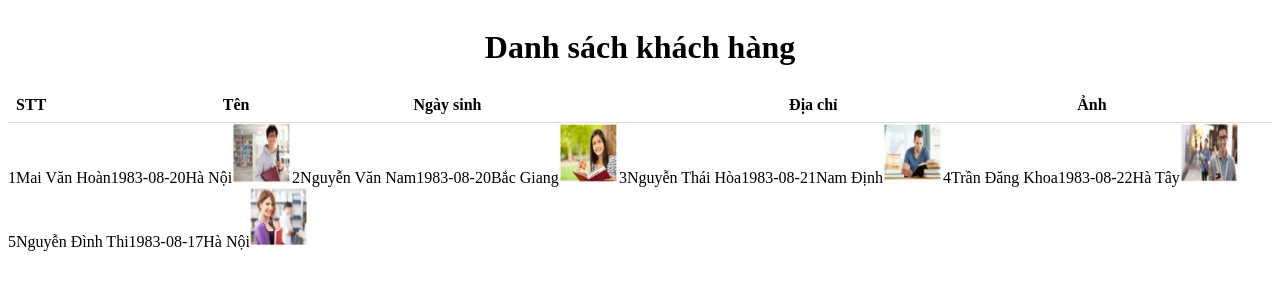
Repository: NGUYEN112/Module2
Page: http://localhost/
The author's editor kept a copy of each file at every save. The page is drawn from the files as they stood at one save, then again after the next save.
The browser window is 1280 px wide. The pictures show the whole page.
The page is run by PHP 8.4 with error messages shown; the project is at /var/www/html/.

Above is the page before, as saved 2021-01-14 17:06:40.

After the next save:
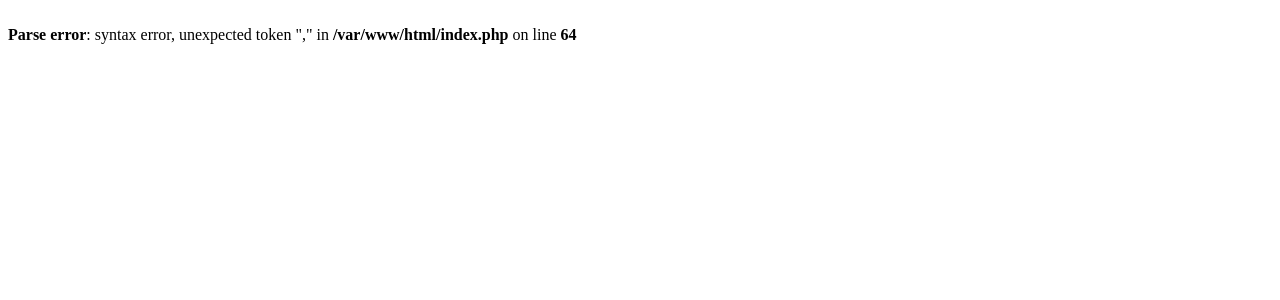
Saved 54 s later.
--- a/bai3-khachhang/index.php
+++ b/bai3-khachhang/index.php
@@ -61,6 +61,10 @@
     echo "</tr>";
   }
 
+  $key = 1, values = array("ten" => "Mai Văn Hoàn",
+  "ngaysinh" => "1983-08-20",
+  "diachi" => "Hà Nội",
+  "anh" => "images/img1.jpg").
 ?>
 </body>
 </html>

After the save that followed:
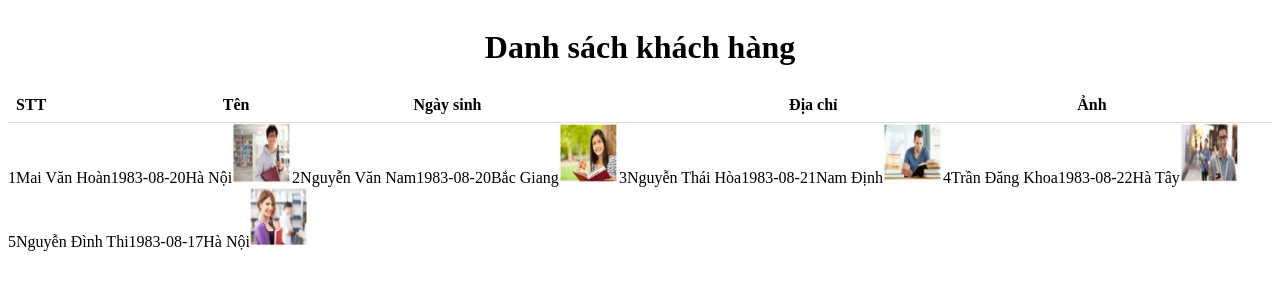
Saved 23 s later.
--- a/bai3-khachhang/index.php
+++ b/bai3-khachhang/index.php
@@ -60,11 +60,6 @@
     echo "<td><image src ='".$values['anh']."' width = '60px' height ='60px'/></td>";
     echo "</tr>";
   }
-
-  $key = 1, values = array("ten" => "Mai Văn Hoàn",
-  "ngaysinh" => "1983-08-20",
-  "diachi" => "Hà Nội",
-  "anh" => "images/img1.jpg").
 ?>
 </body>
 </html>
